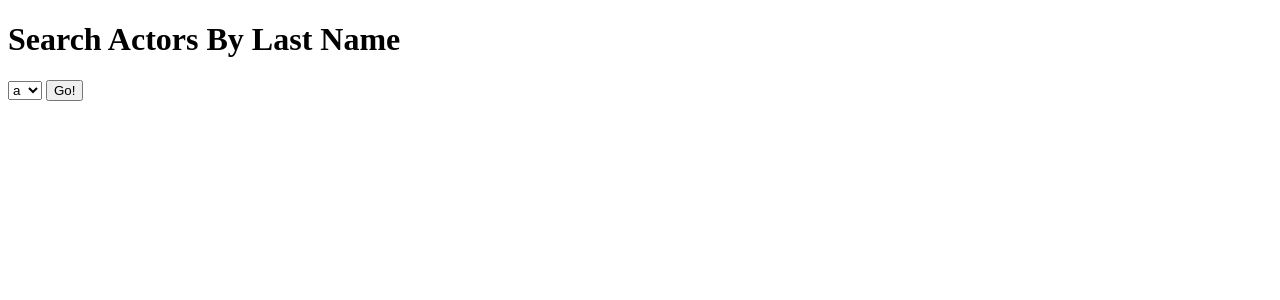
Repository: nema38/30DaysTrainning
Page: http://localhost/
An editor plug-in stored every save of this project. The page is shown before and after the next save, followed by the edit.
The browser window is 1280 px wide. The pictures show the whole page.
The page is run by PHP 8.4 with error messages shown; the project is at /var/www/html/.

Above is the page before, as saved 2014-05-02 19:24:56.

After the next save:
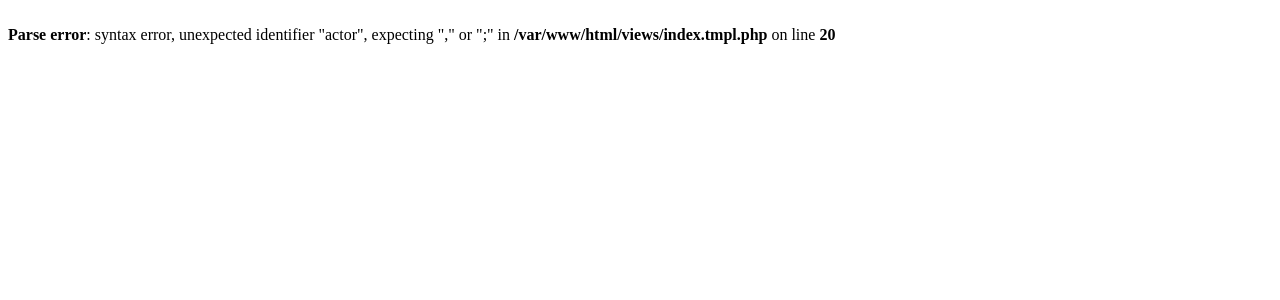
Saved 2 min 17 s later.
--- a/30Days25-PHP-and-jQuery-Part-1/views/index.tmpl.php
+++ b/30Days25-PHP-and-jQuery-Part-1/views/index.tmpl.php
@@ -17,7 +17,7 @@
 		<?php if ( isset($actors)) : ?>
 		<ul class="actors_list">
 			<?php foreach ( $actors as $a ) {
-				echo "<li>{$a->first_name} {$a->last_name}</li>";
+				echo "<li><a href="actor.php">{$a->first_name} {$a->last_name}</a></li>";
 			}
 			?>
 		</ul>

After the save that followed:
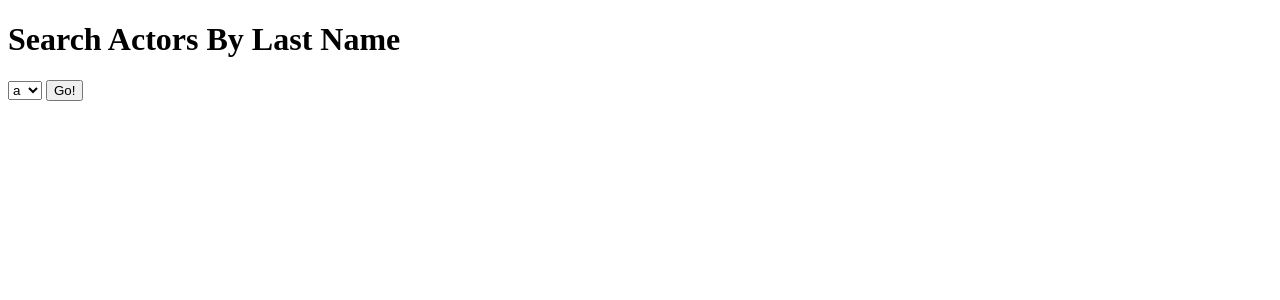
Saved 7 min 27 s later.
--- a/30Days25-PHP-and-jQuery-Part-1/views/index.tmpl.php
+++ b/30Days25-PHP-and-jQuery-Part-1/views/index.tmpl.php
@@ -17,7 +17,7 @@
 		<?php if ( isset($actors)) : ?>
 		<ul class="actors_list">
 			<?php foreach ( $actors as $a ) {
-				echo "<li><a href="actor.php">{$a->first_name} {$a->last_name}</a></li>";
+				echo "<li data-actor_id='{$a->actor_id}'><a href='actor.php?actor_id={$a->actor_id}'>{$a->first_name} {$a->last_name}</a></li>";
 			}
 			?>
 		</ul>
